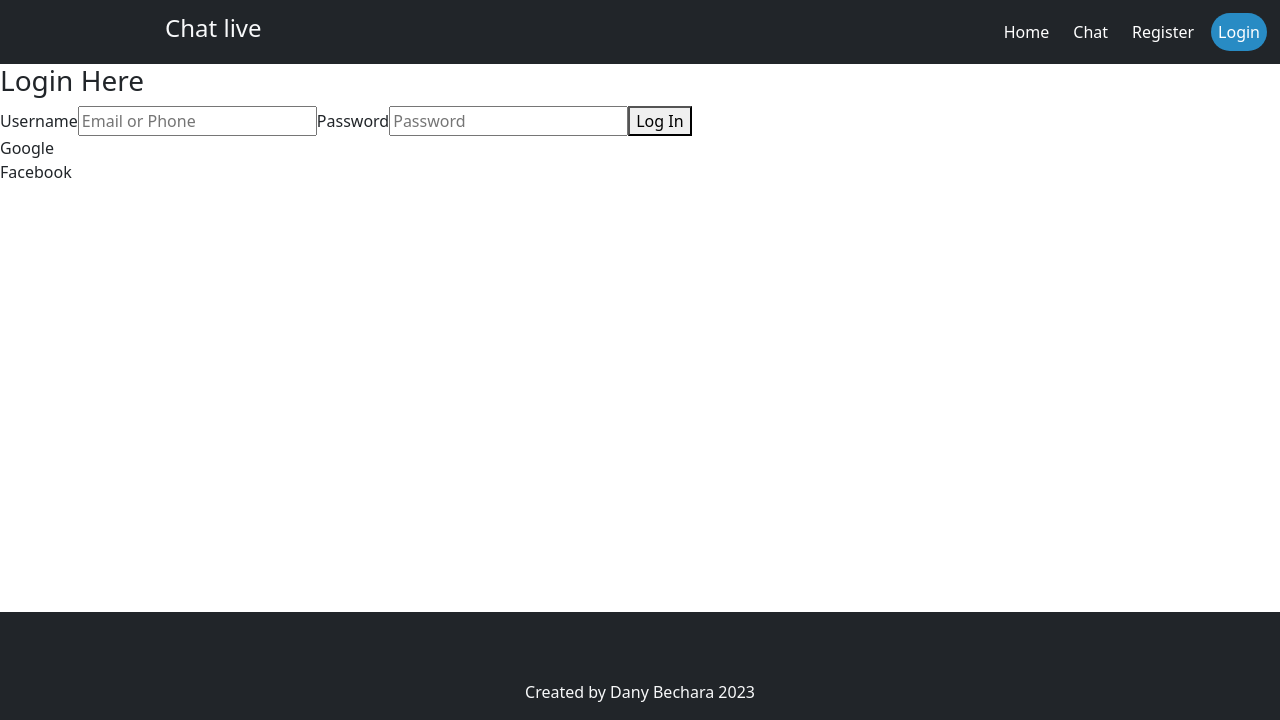
Repository: bechara611/chatv2
Page: /login
An editor plug-in stored every save of this project. The page is shown before and after the next save, followed by the edit.
The browser window is 1280 px wide. The pictures show the whole page.
The project was rebuilt for these pictures with package versions that can differ from the ones it lists, and the page was loaded fresh each time. Also part of the build but not shown: src/auth/components/register.jsx, src/ui/components/Home.jsx.

Above is the page before, as saved 2023-03-03 10:02:14.

### src/index.js
import React from 'react';
import ReactDOM from 'react-dom/client';
import './index.css';
import App from './App';
import { BrowserRouter } from 'react-router-dom';
import 'bootstrap/dist/css/bootstrap.min.css'
import 'bootstrap/dist/js/bootstrap.bundle.js'

const root = ReactDOM.createRoot(document.getElementById('root'));
root.render(
  <BrowserRouter>
    <App />
    </BrowserRouter>
);

### src/App.js
import React from 'react'
import { Rutas } from './Router/Routes';
import { Header } from './ui/components/Header';
import './App.css'
import { Footer } from './ui/components/Footer';
const App = () => {
  return (
    <>
      <div className="contenedor-completo">
        <Header></Header>
        <Rutas></Rutas>
       <Footer></Footer>

      </div>
    </>
  )
}
export default App;

### src/Router/Routes.jsx
import React from 'react'
import { Navigate, Route, Routes } from 'react-router-dom'
import { Login } from '../auth/components/login'
import { Register } from '../auth/components/register'
import { Home } from '../ui/components/Home'

export const Rutas = () => {

    return (

        <Routes>
            <Route path='/' element={<Home></Home>}></Route>
            <Route path='/login' element={<Login></Login>}></Route>
            <Route path='/register' element={<Register></Register>}></Route>
            <Route path='/chat' element={<h1>chat</h1>}></Route>
            <Route path='/*' element={<Navigate to={'/'}></Navigate>}></Route>
        </Routes>

    )
}

### src/ui/components/Header.jsx
import React from 'react'
import { NavLink } from 'react-router-dom'
import './Header.css'
export const Header = () => {
  return (
    <>

      <div className=" bg-dark contenedor-header col-12">
        <div className="titulo-header col-sm-4 col-12">
          <h4 className='text-light'>Chat live</h4>

        </div>
        <div className="col-sm-8 col-12  contenedor-menu">
          <nav className=' m-2 nav'>

            <NavLink className={ ({isActive}) => `item-menu  ${ isActive ? 'activeLink':'' }` } to={'/'} >Home</NavLink>
            <NavLink className={ ({isActive}) => `item-menu  ${ isActive ? 'activeLink':'' }` } to={'/chat'} >Chat</NavLink>
            <NavLink className={ ({isActive}) => `item-menu  ${ isActive ? 'activeLink':'' }` } to={'/register'} >Register</NavLink>
            <NavLink className={ ({isActive}) => `item-menu  ${ isActive ? 'activeLink':'' }` } to={'/login'} >Login</NavLink>
            </nav>
        </div>




      </div>
    </>

  )
}

### src/App.css
.contenedor-completo{
    min-height: 100vh;
   position: relative;
}

### src/ui/components/Footer.jsx
import React from 'react'
import './Footer.css'


let linkdn="https://linkedin.com/in/DanyBechara";
let correo="mailto:bechara611@gmail.com";
let blank='_blank';
let github='https://github.com/bechara611';
let whatssap='https://wa.me/584120361952';

export const Footer = () => {
  return (
    <>
      {/*Aca este footer le estamos colocando una posicion absolute y a su padre relativa para poder ubicarlo al final de su div padre */}
      <div className="footer col-12 mt-5 pt-1 bg-dark">
      <a href={linkdn} target={blank} className='animate__animated animate__lightSpeedInLeft'><i className=" linkdin fa-brands fa-linkedin iconoRedes"></i></a>
      <a href={whatssap} target={blank}  className='animate__animated animate__lightSpeedInLeft'><i className="whatssap fa-brands fa-whatsapp iconoRedes"></i></a>
      <a href={correo} target={blank}  className='animate__animated animate__lightSpeedInLeft'><i className="gmail fa-solid  fa-envelope iconoRedes"></i></a>
      <a href={github} target={blank}  className='  animate__animated animate__lightSpeedInLeft'><i className=" github fa-brands fa-github iconoRedes"></i></a>

     <div className="col-12 contenedor-mensaje-footer mt-1">
     <div className="col-12 contenedor-mensaje-footer">
     <p className='mensaje text-light'>Created by Dany Bechara {new Date().getFullYear().toString()}</p>
     </div>

     </div>
      </div>
    </>

  )
}

### src/auth/components/login.jsx
import React from 'react'

export const Login = () => {
    return (
        <>

            <form>
                <h3>Login Here</h3>

                <label for="username">Username</label>
                <input type="text" placeholder="Email or Phone" id="username"></input>

                <label for="password">Password</label>
                <input type="password" placeholder="Password" id="password"></input>

                <button>Log In</button>
                <div class="social">
                    <div class="go"><i class="fab fa-google"></i>  Google</div>
                    <div class="fb"><i class="fab fa-facebook"></i>  Facebook</div>
                </div>
            </form>

        </>
    )
}

### src/ui/components/Header.css
.contenedor-header{
    display: flex;
    flex-direction: row;
    flex-wrap: wrap;
}
.titulo-header{
    text-align: center;
    padding: 5px;
    display: flex;
    flex-direction: row;
    justify-content: center;
    align-items: center;
    align-self: center;
}
.contenedor-menu{
    display: flex;
    flex-direction: row;
    flex-wrap: nowrap;
    justify-content: flex-end;

}
.item-menu{
   margin: 5px;
   text-decoration: none;
   color: white;
  transition: all 1s ease;
   padding: 7px;
   border-radius: 20px;
}
.activeLink{
    background: rgb(40, 139, 196);
}
.item-menu:hover{
    text-decoration: none;
    background: rgb(40, 139, 196);
    color: white;
}

@media(max-width:577px){
.contenedor-menu{
        justify-content: center;
        text-align: center;
        align-self: center;
        align-items: center;
        flex-wrap: nowrap;
    }
    .nav{
        justify-content: center;
        text-align: center;
        align-self: center;
        align-items: center;
        flex-wrap: nowrap;
    }
    .item-menu{
    padding: 0px;
    }
}

### src/ui/components/Footer.css
.footer {

    background: #e5e5e5;
    position: absolute;
    bottom: 0%;
    display: flex;
    flex-direction: row;
    justify-content: center;
    text-align: center;
    align-items: center;
    justify-items: center;
    flex-wrap: wrap;

}


.iconoRedes {
    font-size: 40px;
    padding-left: 10px;
    margin: 5px;

}

.github:hover {
    color: #4b3074;

}
.github{
    color: #6e5494;
}

.whatssap:hover {
    color: #0c903c;
}
.whatssap{
    color: #25d366;

}

.gmail:hover {
    color: #e65f5f;
}

.gmail{
    color: #cc0000;
}

.linkdin:hover {
    color: #0780ac;
}

.linkdin{
    color: #0377a1;
}

.contenedor-mensaje-footer {
    display: flex;
    flex-direction: row;
    justify-content: center;
    text-align: center;
    align-items: center;
    justify-items: center;
}

/*?RESPONSIVE*/

@media(max-width:255px) {
    .iconoRedes {
        font-size: 30px;
        padding-left: 5px;
    }

    .mensaje {
        font-size: 10px;
    }
}

### src/auth/components/login.css
*,
*:before,
*:after{
    padding: 0;
    margin: 0;
    box-sizing: border-box;
}
body{
    background-color: #080710;
}

form{
    height: 520px;
    width: 400px;
    background-color: rgba(255,255,255,0.13);
    position: absolute;
    transform: translate(-50%,-50%);
    top: 50%;
    left: 50%;
    border-radius: 10px;
    backdrop-filter: blur(10px);
    border: 2px solid rgba(255,255,255,0.1);
    box-shadow: 0 0 40px rgba(8,7,16,0.6);
    padding: 50px 35px;
}
form *{
    font-family: 'Poppins',sans-serif;
    color: #ffffff;
    letter-spacing: 0.5px;
    outline: none;
    border: none;
}
form h3{
    font-size: 32px;
    font-weight: 500;
    line-height: 42px;
    text-align: center;
}

label{
    display: block;
    margin-top: 30px;
    font-size: 16px;
    font-weight: 500;
}
input{
    display: block;
    height: 50px;
    width: 100%;
    background-color: rgba(255,255,255,0.07);
    border-radius: 3px;
    padding: 0 10px;
    margin-top: 8px;
    font-size: 14px;
    font-weight: 300;
}
::placeholder{
    color: #e5e5e5;
}
button{
    margin-top: 50px;
    width: 100%;
    background-color: #ffffff;
    color: #080710;
    padding: 15px 0;
    font-size: 18px;
    font-weight: 600;
    border-radius: 5px;
    cursor: pointer;
}
.social{
  margin-top: 30px;
  display: flex;
}
.social div{
  background: red;
  width: 150px;
  border-radius: 3px;
  padding: 5px 10px 10px 5px;
  background-color: rgba(255,255,255,0.27);
  color: #eaf0fb;
  text-align: center;
}
.social div:hover{
  background-color: rgba(255,255,255,0.47);
}
.social .fb{
  margin-left: 25px;
}
.social i{
  margin-right: 4px;
}

Loaded but not shown: src/index.css (common file)

After the next save:
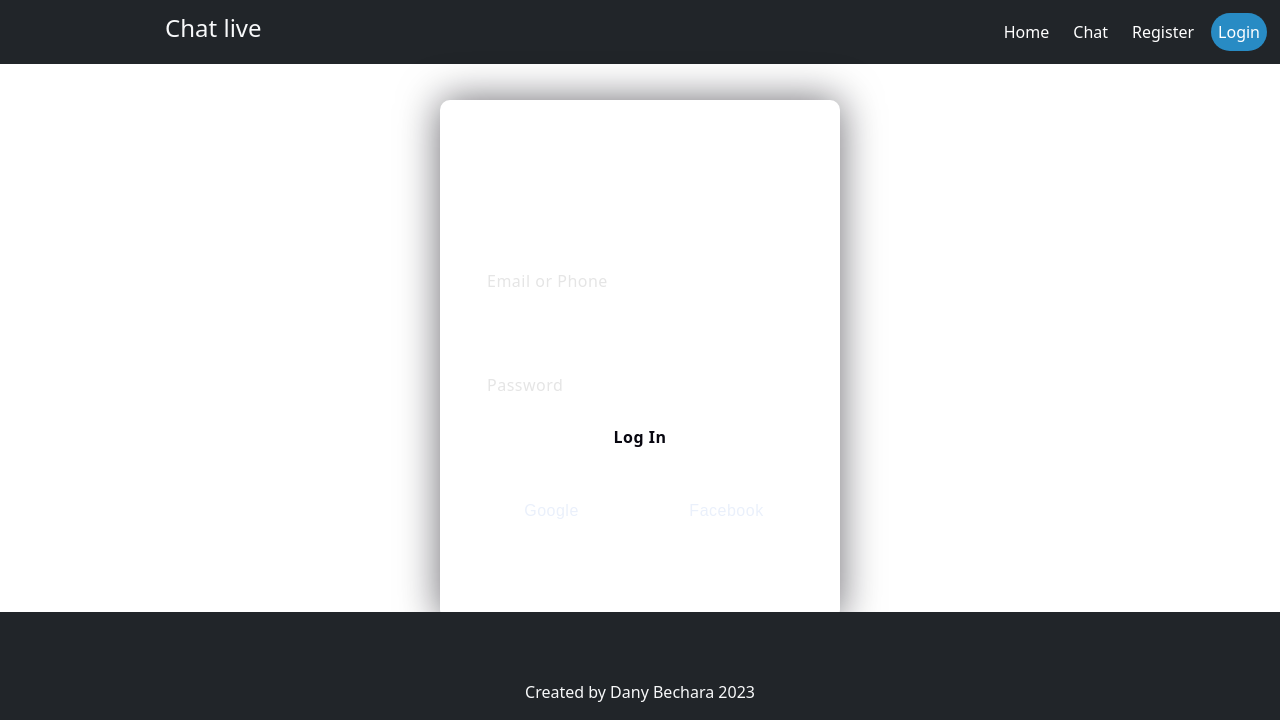
Saved 11 s later.
--- a/src/auth/components/login.jsx
+++ b/src/auth/components/login.jsx
@@ -1,5 +1,5 @@
 import React from 'react'
-
+import './login.css'
 export const Login = () => {
     return (
         <>
